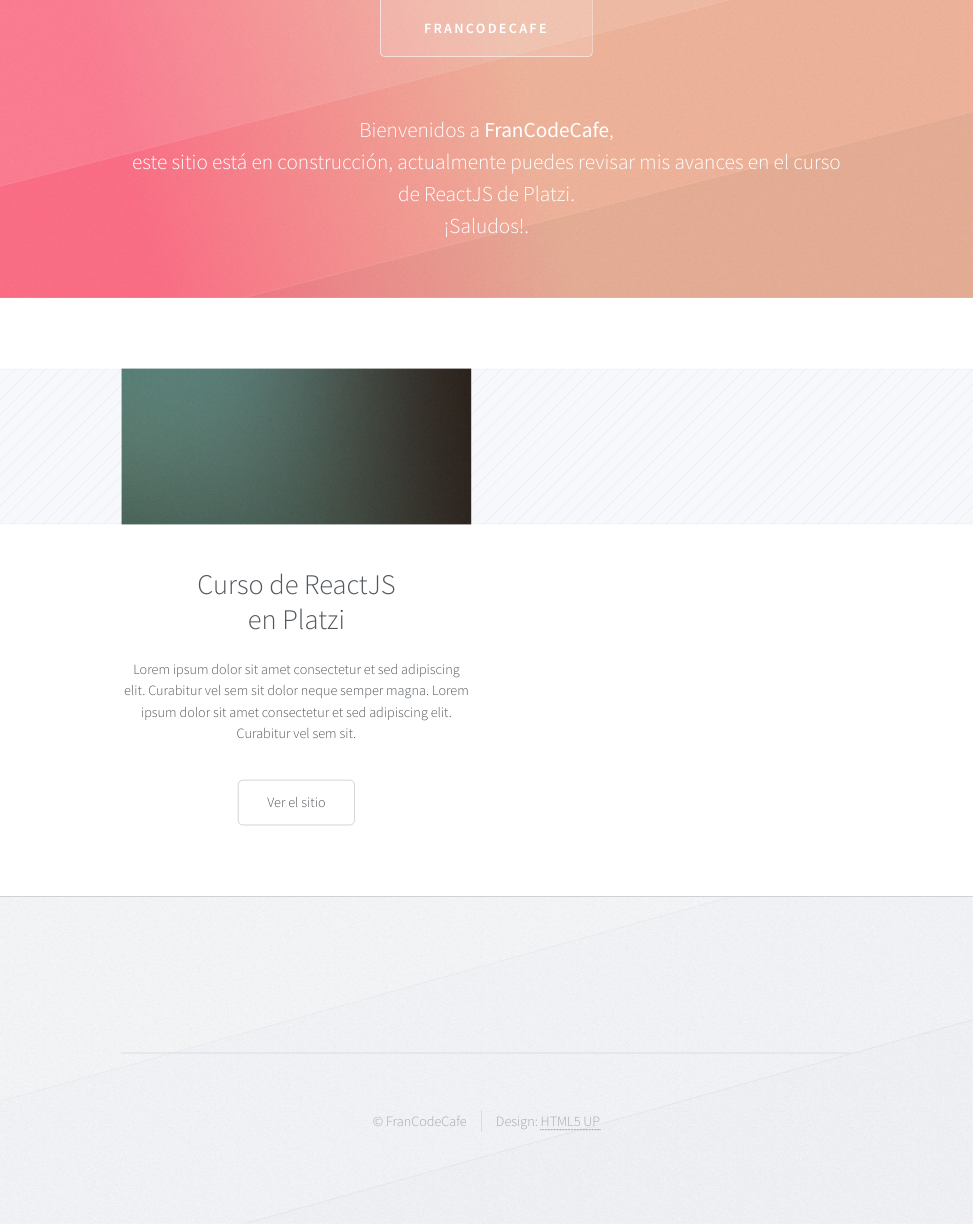
Repository: FranCodeCafe/francodecafe.github.io
Page: index.html
The author's editor kept a copy of each file at every save. The page is drawn from the files as they stood at one save, then again after the next save.
The browser window is 1280 px wide. The pictures show the whole page, at 76% of full size.

Above is the page before, as saved 2020-01-22 14:17:57.

After the next save:
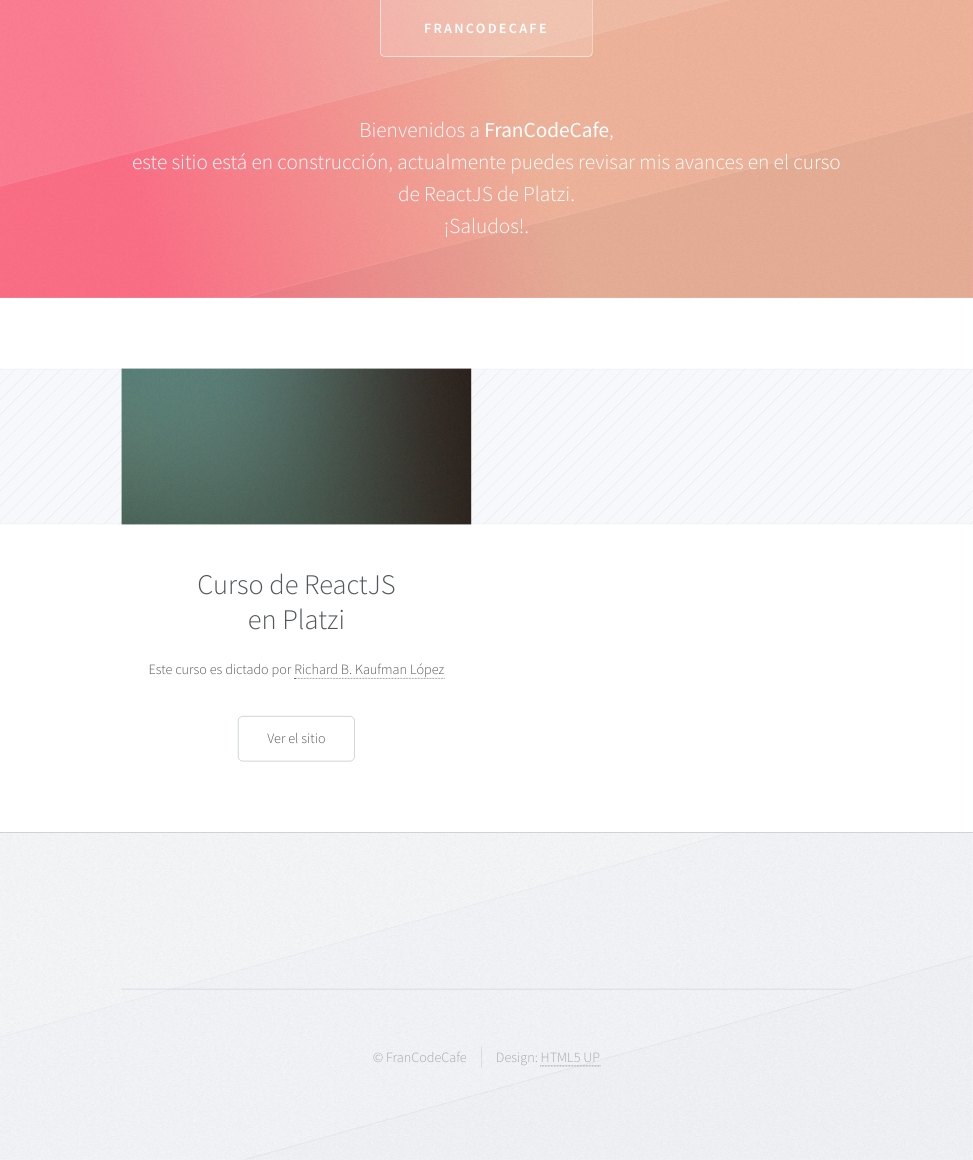
Saved 2 min 2 s later.
--- a/index.html
+++ b/index.html
@@ -90,9 +90,7 @@
 								<h2>Curso de ReactJS<br />
 								en Platzi</h2>
 							</header>
-							<p>Lorem ipsum dolor sit amet consectetur et sed adipiscing elit. Curabitur vel
-							sem sit dolor neque semper magna. Lorem ipsum dolor sit amet consectetur et sed
-							adipiscing elit. Curabitur vel sem sit.</p>
+							<p>Este curso es dictado por <a href="https://twitter.com/sparragus?s=20">Richard B. Kaufman López</a></p>
 							<ul class="actions">
 								<li><a href="#" class="button">Ver el sitio</a></li>
 							</ul>
